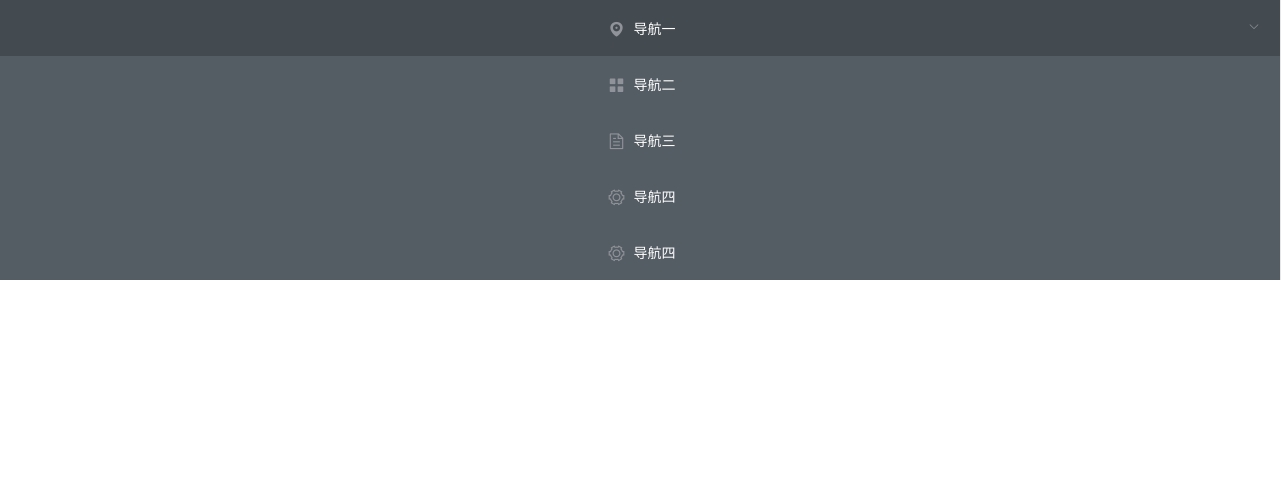
Repository: cjl0805/graduation-design-front
Page: /back/home
The author's editor kept a copy of each file at every save. The page is drawn from the files as they stood at one save, then again after the next save.
The browser window is 1280 px wide. The page is 1281 px wide, then 1280 px, so the pictures cover 1281 px, including what lies to the right of the window. The pictures show the whole page.
The project was rebuilt for these pictures with package versions that can differ from the ones it lists, and the page was loaded fresh each time. Also part of the build but not shown: vue.config.js, src/components/RotationChart.vue, src/components/NavigationBar.vue, src/components/HairStylist.vue, src/components/HairStyle.vue, src/views/font/HairStyleView.vue, src/views/font/HairStylistView.vue, src/views/font/HomeView.vue and 17 more.

Above is the page before, as saved 2023-04-18 08:56:11.

### src/main.js
import Vue from 'vue'
import App from './App.vue'
import router from './router'
import ElementUI from 'element-ui'
import 'element-ui/lib/theme-chalk/index.css'
import axios from 'axios'
import VueAxios from 'vue-axios'
Vue.use(VueAxios, axios);
axios.interceptors.request.use(
  config => {
    if (localStorage.getItem('token')) {
      config.headers.token = localStorage.getItem('token');
    }
    return config;
  },
  error => {
    return Promise.reject(error);
  }
);

axios.interceptors.response.use(
  res => {
    if (res.data.code === 501) {
      console.log(res.data);
      alert("登录已过期，请重新登录！");
      window.localStorage.removeItem('token');
      window.localStorage.removeItem('username');
      location.reload();
    }
    return res;
  }
);

Vue.config.productionTip = false
Vue.use(ElementUI)
new Vue({
  router,
  render: h => h(App)
}).$mount('#app')

### src/router/index.js
import Vue from 'vue'
import VueRouter from 'vue-router'
import HairStyleView from '../views/font/HairStyleView.vue'
import HairStylistView from '../views/font/HairStylistView.vue'
import HomeView from '../views/font/HomeView.vue'
import login from '../views/font/login.vue'
import register from '../views/font/register.vue'
import PersonalInfo from '../views/font/PersonalInfo.vue'
import appointment from '../views/font/AppointmentView.vue'
import pay from '../views/font/PayView.vue'
import MainView from '../views/back/MainView.vue'

Vue.use(VueRouter)

const routes = [{
    path: '/',
    name: 'home',
    component: HomeView
  },
  {
    path: '/hairstyle',
    name: 'hairstyle',
    component: HairStyleView
  },
  {
    path: '/hairstylist',
    name: 'hairstylist',
    component: HairStylistView
  },
  {
    path: '/about',
    name: 'about',
    // route level code-splitting
    // this generates a separate chunk (about.[hash].js) for this route
    // which is lazy-loaded when the route is visited.
    component: () => import( /* webpackChunkName: "about" */ '../views/AboutView.vue')
  },
  {
    path: '/login',
    name: 'login',
    component: login
  },
  {
    path: '/register',
    name: 'register',
    component: register
  },
  {
    path: '/PersonalInfo',
    name: 'PersonalInfo',
    component: PersonalInfo,
  },
  {
    path: '/appointment',
    name: 'appointment',
    component: appointment
  },
  {
    path: '/pay',
    name: 'pay',
    component: pay
  },
  {
    path: '/back/home',
    name: 'MainView',
    component: MainView
  },
]

const router = new VueRouter({
  mode: 'history',
  base: process.env.BASE_URL,
  routes
})

// 导航守卫
// 使用 router.beforeEach 注册一个全局前置守卫，判断用户是否登陆
router.beforeEach((to, from, next) => {
  if (to.path === '/PersonalInfo' || to.path === '/appointment' || to.path === '/MessageCenter' || to.path === '/pay') {
    let token = localStorage.getItem('token');
    if (token === null || token === '') {
      next('/login');
    } else {
      next();
    }
  } else {
    next();
  }
});

export default router

### src/views/back/MainView.vue
<template>
  <div>
    <div class="aside" style="height: 100%; width: 100%">
      <el-row class="tac" style="height: 100%; width: 100%">
        <el-col :span="12" style="height: 100%; width: 100%">
          <el-menu
            default-active="this.$route.path"
            router
            class="el-menu-vertical-demo"
            @open="handleOpen"
            @close="handleClose"
            background-color="#545c64"
            text-color="#fff"
            active-text-color="#ffd04b"
            style="height: 100%; width: 100%"
          >
            <el-submenu index="/pagesOne">
              <template slot="title">
                <i class="el-icon-location"></i>
                <span>导航一</span>
              </template>
              <el-menu-item-group>
                <el-menu-item index="/">选项1</el-menu-item>
                <el-menu-item index="/">选项2</el-menu-item>
                <el-menu-item index="/">选项3</el-menu-item>
              </el-menu-item-group>
              <el-submenu index="1-4">
                <template slot="title">选项4</template>
                <el-menu-item index="1-4-1">选项1</el-menu-item>
              </el-submenu>
            </el-submenu>
            <el-menu-item index="">
              <i class="el-icon-menu"></i>
              <span slot="title">导航二</span>
            </el-menu-item>
            <el-menu-item index="/pagesOne">
              <i class="el-icon-document"></i>
              <span slot="title">导航三</span>
            </el-menu-item>
            <el-menu-item index="/pagesTwo">
              <i class="el-icon-setting"></i>
              <span slot="title">导航四</span>
            </el-menu-item>
            <el-menu-item index="/pagesTwo">
              <i class="el-icon-setting"></i>
              <span slot="title">导航四</span>
            </el-menu-item>
          </el-menu>
        </el-col>
      </el-row>
    </div>
    <div class="div2"></div>
  </div>
</template>

<script>
import HairstylistMaintenance from "@/components/HairstylistMaintenance.vue";
import AppointmentMaintenance from "@/components/AppointmentMaintenance.vue";
import CustomerMaintenance from "@/components/CustomerMaintenance.vue";
import HairstyleMaintenance from "@/components/HairstyleMaintenance.vue";
import IntroductionEditor from "@/components/IntroductionEditor.vue";
import MessageMaintenance from "@/components/MessageMaintenance.vue";
export default {
  name: "MainView",
  components: {
    HairstylistMaintenance,
    AppointmentMaintenance,
    CustomerMaintenance,
    HairstyleMaintenance,
    IntroductionEditor,
    MessageMaintenance,
  },
  data() {
    return {};
  },
  methods: {
    handleOpen(key, keyPath) {
      console.log(key, keyPath);
    },
    handleClose(key, keyPath) {
      console.log(key, keyPath);
    },
  },
};
</script>

<style>
html,
  body{
    height: 100%;
    margin: 0;
    border: 0;
    padding: 0;
  }
</style>

### src/components/UserDescription.vue
<template>
  <div>
    <div class="img">
      <el-upload
        class="userform.img !== '' ? 'avatar-uploader boxCardUploadImg' : 'avatar-uploader'"
        action=""
        :http-request="upFile"
        :show-file-list="false"
        :on-change="handleChange"
        :limit="2"
        :headers="headers"
      >
        <img v-if="userform.img" :src="userform.img" class="avatar" />
        <i v-else class="el-icon-plus avatar-uploader-icon"></i> </el-upload
      ><br />
      <el-button round type="primary" @click="saveImg">保存头像</el-button>
      <div class="div2">
        <div class="div3">
          <el-button class="button"
            ><p class="p" @click="click1">个人信息</p></el-button
          >
        </div>
        <div class="div3">
          <el-button class="button" @click="click2"
            ><p class="p">我的预约</p></el-button
          >
        </div>
        <div class="div3">
          <el-button class="button"
            ><p class="p" @click="click3">我的留言</p></el-button
          >
        </div>
      </div>
    </div>
    <div class="info">
      <UserInfo v-if="userInfo"></UserInfo>
      <myAppointment v-if="myAppointment" class="myAppointment"></myAppointment>
      <myMessage v-if="myMessage"></myMessage>
    </div>
  </div>
</template>

<script>
import UserInfo from "./UserInfo.vue";
import MyAppointment from "./MyAppointment.vue";
import MyMessage from "./MyMessage.vue";
export default {
  name: "UserDescription",
  components: {
    MyAppointment,
    MyMessage,
    UserInfo,
  },
  data() {
    return {
      imageUrl: "",
      headers: {},
      token: "",
      userform: {
        img: "",
      },
      file: " ",
      userInfo: this.$route.query.userInfo,
      myAppointment: this.$route.query.myAppointment,
      myMessage: false,
    };
  },
  created() {
    this.load();
  },
  methods: {
    load() {
      this.axios({
        method: "GET",
        url: "http://localhost:8090/graduation/design/customInfo/get",
        params: {
          username: window.localStorage.getItem("username"),
        },
      }).then((res) => {
        console.log(res.data);
        if (res.data.data != null) {
          this.userform.img = res.data.data.img;
        }
      });
    },
    click1() {
      this.userInfo = true;
      this.myAppointment = false;
      this.myMessage = false;
    },
    click2() {
      this.userInfo = false;
      this.myAppointment = true;
      this.myMessage = false;
    },
    click3() {
      this.userInfo = false;
      this.myAppointment = false;
      this.myMessage = true;
    },
    handleChange(file, fileList) {
      const fileName = file.name; // 文件名字
      const fileType = fileName.substring(fileName.lastIndexOf(".") + 1);
      if (fileType === "png" || fileType === "jpg") {
        this.file = file;
        return;
      } else {
        this.$message({
          type: "warning",
          message: "附件格式错误，请重新上传！",
        });
      }
    },
    upFile(item) {
      const formData = new FormData();
      formData.append("file", this.file.raw);
      this.axios({
        method: "POST",
        url: "http://localhost:8090/graduation/design/common/upload",
        data: formData,
      }).then((res) => {
        console.log(res.data);
        if (res.data.code === 200) {
          this.userform.img = res.data.data;
        } else {
          alert(res.data.message);
        }
      });
    },
    beforeAvatarUpload(file) {
      const isJPG = file.type === "image/jpeg";
      const isLt2M = file.size / 1024 / 1024 < 2;

      if (!isJPG) {
        this.$message.error("上传头像图片只能是 JPG 格式!");
      }
      if (!isLt2M) {
        this.$message.error("上传头像图片大小不能超过 2MB!");
      }
      return isJPG && isLt2M;
    },
    saveImg() {
      this.axios({
        method: "POST",
        url: "http://localhost:8090/graduation/design/customInfo/save/img",
        params: {
          username: window.localStorage.getItem("username"),
          img: this.userform.img,
        },
      }).then((res) => {
        console.log(res.data);
        if (res.data.code === 200) {
          alert("保存头像成功！");
        }
      });
    },
  },
};
</script>

<style>
.avatar-uploader .el-upload {
  border: 1px solid #d9d9d9;
  border-radius: 50px;
  cursor: pointer;
  position: relative;
  overflow: hidden;
}
.avatar-uploader .el-upload:hover {
  border-color: none;
}
.avatar-uploader-icon {
  margin-top: 20px;
  font-size: 120px;
  color: #8c939d;
}
.avatar {
  margin-top: 20px;
  width: 120px;
  height: 120px;
  display: block;
}

.boxCardUploadImg .el-upload:hover div {
  width: 100px;
  height: 100px;
  line-height: 100px;
  text-align: center;
  border-radius: 50px;
  position: absolute;
  font-size: 18px;
  display: initial;
  z-index: 999;
  color: #fff;
  top: 0;
  left: 0;
  background-color: #17163c;
  opacity: 0.5;
}
.my-content {
  font-size: 20px;
}
.my-label {
  font-size: 20px;
}
.img {
  margin-left: 20px;
  text-align: center;
  width: 240px;
  height: 640px;
  border: 2px;
  background: rgb(255, 255, 255);
}
.info {
  margin-top: -640px;
  margin-left: 305px;
  text-align: center;
  width: 1210px;
  height: 640px;
  border: 2px;
  background: rgba(255, 255, 255);
}
.button {
  margin: 0 auto;
  width: 200px;
  height: 40px;
  margin-top: 0px;
}
.p {
  margin: 0 auto;
  font-size: 20px;
  font-weight: bold;
}
.div2 {
  margin-top: 120px;
}
.div3 {
  margin-top: 28px;
}
</style>

### src/components/HairStylistDescription.vue
<template>
  <div>
    <div class="img">
      <el-upload
        class="userform.img !== '' ? 'avatar-uploader boxCardUploadImg' : 'avatar-uploader'"
        action=""
        :http-request="upFile"
        :show-file-list="false"
        :on-change="handleChange"
        :limit="2"
        :headers="headers"
      >
        <img v-if="userform.img" :src="userform.img" class="avatar" />
        <i v-else class="el-icon-plus avatar-uploader-icon"></i> </el-upload
      ><br />
      <el-button round type="primary" @click="saveImg">保存头像</el-button>
      <div class="div2">
        <div class="div3">
          <el-button class="button"
            ><p class="p" @click="click1">个人信息</p></el-button
          >
        </div>
        <div class="div3">
          <el-button class="button" @click="click2"
            ><p class="p">我的预约</p></el-button
          >
        </div>
      </div>
    </div>
    <div class="info">
      <HairStylistInfo v-if="HairStylistInfo"></HairStylistInfo>
      <HairStylistAppointment v-if="HairStylistAppointment"></HairStylistAppointment>
    </div>
  </div>
</template>

<script>
import HairStylistInfo from "./HairStylistInfo.vue";
import HairStylistAppointment from "./HairStylistAppointment.vue";
export default {
  name: "UserDescription",
  components: {
    HairStylistAppointment,
    HairStylistInfo,
  },
  data() {
    return {
      imageUrl: "",
      headers: {},
      token: "",
      userform: {
        img: "",
      },
      file: " ",
      HairStylistInfo: true,
      HairStylistAppointment: false,
    };
  },
  created() {
    this.load();
  },
  methods: {
    load() {
      this.axios({
        method: "GET",
        url: "http://localhost:8090/graduation/design/hairstylist/get",
        params: {
          username: window.localStorage.getItem("username"),
        },
      }).then((res) => {
        console.log(res.data);
        if (res.data.data != null) {
          this.userform.img = res.data.data.img;
          window.localStorage.setItem("hairstylist", res.data.data.name);
        }
      });
    },
    click1() {
      this.HairStylistInfo = true;
      this.HairStylistAppointment = false;
    },
    click2() {
      this.HairStylistInfo = false;
      this.HairStylistAppointment = true;
    },
    handleChange(file, fileList) {
      const fileName = file.name; // 文件名字
      const fileType = fileName.substring(fileName.lastIndexOf(".") + 1);
      if (fileType === "png" || fileType === "jpg") {
        this.file = file;
        return;
      } else {
        this.$message({
          type: "warning",
          message: "附件格式错误，请重新上传！",
        });
      }
    },
    upFile(item) {
      const formData = new FormData();
      formData.append("file", this.file.raw);
      this.axios({
        method: "POST",
        url: "http://localhost:8090/graduation/design/common/upload",
        data: formData,
      }).then((res) => {
        console.log(res.data);
        if (res.data.code === 200) {
          this.userform.img = res.data.data;
        } else {
          alert(res.data.message);
        }
      });
    },
    beforeAvatarUpload(file) {
      const isJPG = file.type === "image/jpeg";
      const isLt2M = file.size / 1024 / 1024 < 2;

      if (!isJPG) {
        this.$message.error("上传头像图片只能是 JPG 格式!");
      }
      if (!isLt2M) {
        this.$message.error("上传头像图片大小不能超过 2MB!");
      }
      return isJPG && isLt2M;
    },
    saveImg() {
      this.axios({
        method: "POST",
        url: "http://localhost:8090/graduation/design/hairstylist/save/img",
        params: {
          username: window.localStorage.getItem("username"),
          img: this.userform.img,
        },
      }).then((res) => {
        console.log(res.data);
        if (res.data.code === 200) {
          alert("保存头像成功！");
        }
      });
    },
  },
};
</script>

<style>
.avatar-uploader .el-upload {
  border: 1px solid #d9d9d9;
  border-radius: 50px;
  cursor: pointer;
  position: relative;
  overflow: hidden;
}
.avatar-uploader .el-upload:hover {
  border-color: none;
}
.avatar-uploader-icon {
  margin-top: 20px;
  font-size: 120px;
  color: #8c939d;
}
.avatar {
  margin-top: 20px;
  width: 120px;
  height: 120px;
  display: block;
}

.boxCardUploadImg .el-upload:hover div {
  width: 100px;
  height: 100px;
  line-height: 100px;
  text-align: center;
  border-radius: 50px;
  position: absolute;
  font-size: 18px;
  display: initial;
  z-index: 999;
  color: #fff;
  top: 0;
  left: 0;
  background-color: #17163c;
  opacity: 0.5;
}
.my-content {
  font-size: 20px;
}
.my-label {
  font-size: 20px;
}
.img {
  margin-left: 20px;
  text-align: center;
  width: 240px;
  height: 640px;
  border: 2px;
  background: rgb(255, 255, 255);
}
.info {
  margin-top: -640px;
  margin-left: 305px;
  text-align: center;
  width: 1210px;
  height: 640px;
  border: 2px;
  background: rgba(255, 255, 255);
}
.button {
  margin: 0 auto;
  width: 200px;
  height: 40px;
  margin-top: 0px;
}
.p {
  margin: 0 auto;
  font-size: 20px;
  font-weight: bold;
}
.div2 {
  margin-top: 120px;
}
.div3 {
  margin-top: 28px;
}
</style>

Loaded but not shown: public/index.html (common file); src/App.vue (common file)

After the next save:
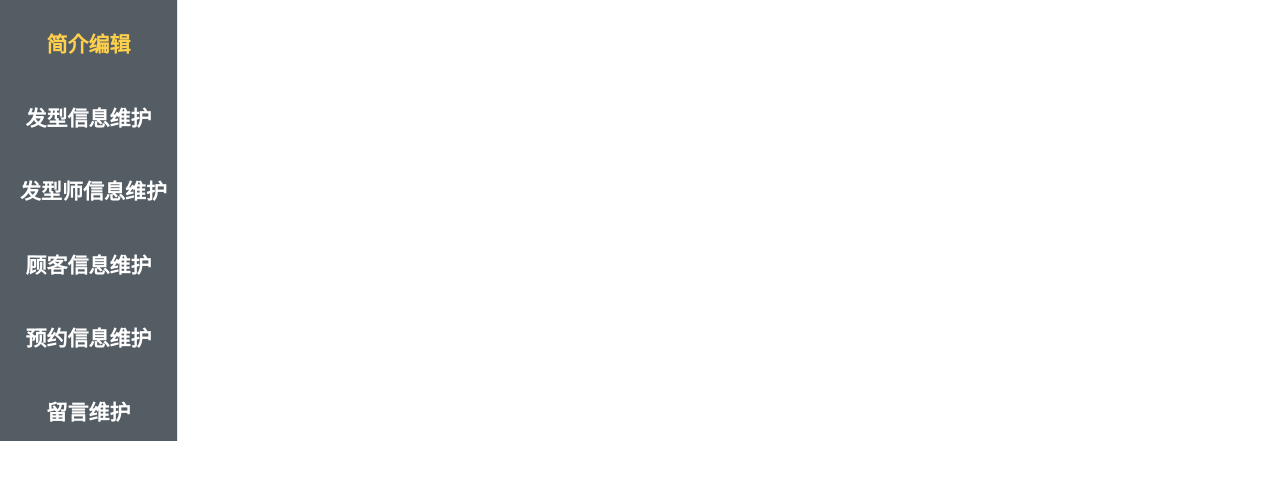
Saved 37 s later.
--- a/src/views/back/MainView.vue
+++ b/src/views/back/MainView.vue
@@ -1,53 +1,37 @@
 <template>
   <div>
-    <div class="aside" style="height: 100%; width: 100%">
-      <el-row class="tac" style="height: 100%; width: 100%">
-        <el-col :span="12" style="height: 100%; width: 100%">
-          <el-menu
-            default-active="this.$route.path"
-            router
-            class="el-menu-vertical-demo"
-            @open="handleOpen"
-            @close="handleClose"
-            background-color="#545c64"
-            text-color="#fff"
-            active-text-color="#ffd04b"
-            style="height: 100%; width: 100%"
-          >
-            <el-submenu index="/pagesOne">
-              <template slot="title">
-                <i class="el-icon-location"></i>
-                <span>导航一</span>
-              </template>
-              <el-menu-item-group>
-                <el-menu-item index="/">选项1</el-menu-item>
-                <el-menu-item index="/">选项2</el-menu-item>
-                <el-menu-item index="/">选项3</el-menu-item>
-              </el-menu-item-group>
-              <el-submenu index="1-4">
-                <template slot="title">选项4</template>
-                <el-menu-item index="1-4-1">选项1</el-menu-item>
-              </el-submenu>
-            </el-submenu>
-            <el-menu-item index="">
-              <i class="el-icon-menu"></i>
-              <span slot="title">导航二</span>
-            </el-menu-item>
-            <el-menu-item index="/pagesOne">
-              <i class="el-icon-document"></i>
-              <span slot="title">导航三</span>
-            </el-menu-item>
-            <el-menu-item index="/pagesTwo">
-              <i class="el-icon-setting"></i>
-              <span slot="title">导航四</span>
-            </el-menu-item>
-            <el-menu-item index="/pagesTwo">
-              <i class="el-icon-setting"></i>
-              <span slot="title">导航四</span>
-            </el-menu-item>
-          </el-menu>
-        </el-col>
-      </el-row>
+    <div class="aside">
+      <el-aside width="178px"
+        ><el-menu
+          height="800px"
+          default-active="1"
+          class="el-menu-vertical-demo"
+          @open="handleOpen"
+          @close="handleClose"
+          background-color="#545c64"
+          text-color="#fff"
+          active-text-color="#ffd04b"
+        >
+          <el-menu-item index="1">
+            <span slot="title"><h2>简介编辑</h2></span>
+          </el-menu-item>
+          <el-menu-item index="2">
+            <span slot="title"><h2>发型信息维护</h2></span>
+          </el-menu-item>
+          <el-menu-item index="3">
+            <span slot="title"><h2>发型师信息维护</h2></span>
+          </el-menu-item>
+          <el-menu-item index="4">
+            <span slot="title"><h2>顾客信息维护</h2></span>
+          </el-menu-item>
+          <el-menu-item index="5">
+            <span slot="title"><h2>预约信息维护</h2></span>
+          </el-menu-item>
+          <el-menu-item index="6">
+            <span slot="title"><h2>留言维护</h2></span>
+          </el-menu-item>
+        </el-menu></el-aside
+      >
     </div>
     <div class="div2"></div>
   </div>
@@ -86,10 +70,9 @@ export default {
 
 <style>
 html,
-  body{
-    height: 100%;
-    margin: 0;
-    border: 0;
-    padding: 0;
-  }
+body,
+#app,
+.el-container {
+  height: 100%;
+}
 </style>
